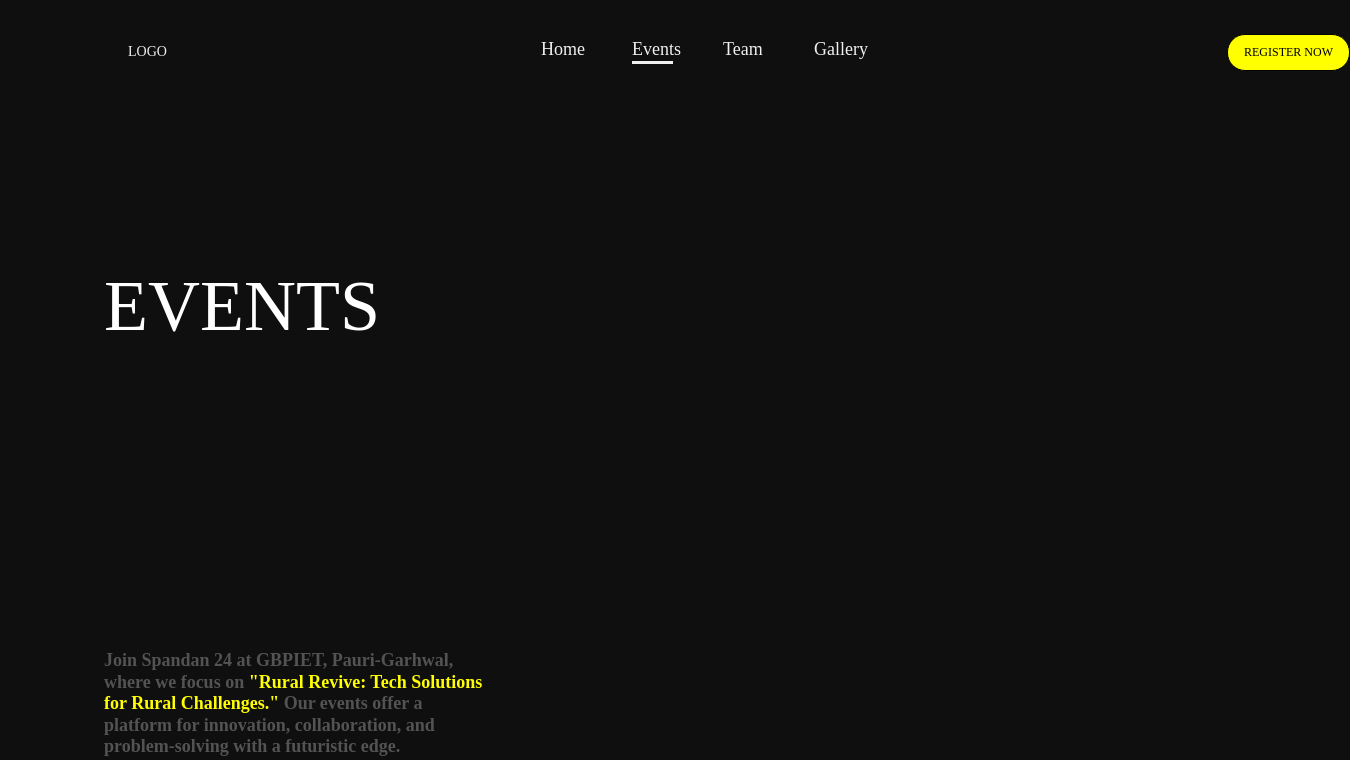
Repository: s4bbi/spandan-3.0
Page: /Events
The author's editor kept a copy of each file at every save. The page is drawn from the files as they stood at one save, then again after the next save.
The browser window is 1280 px wide. The page is 1350 px wide, so the pictures cover 1350 px, including what lies to the right of the window. The pictures show the whole page.
The project was rebuilt for these pictures with package versions that can differ from the ones it lists, and the page was loaded fresh each time. Also part of the build but not shown: vite.config.js, src/pages/Home/Home.jsx.

Above is the page before, as saved 2024-11-02 02:35:01.

After the next save:
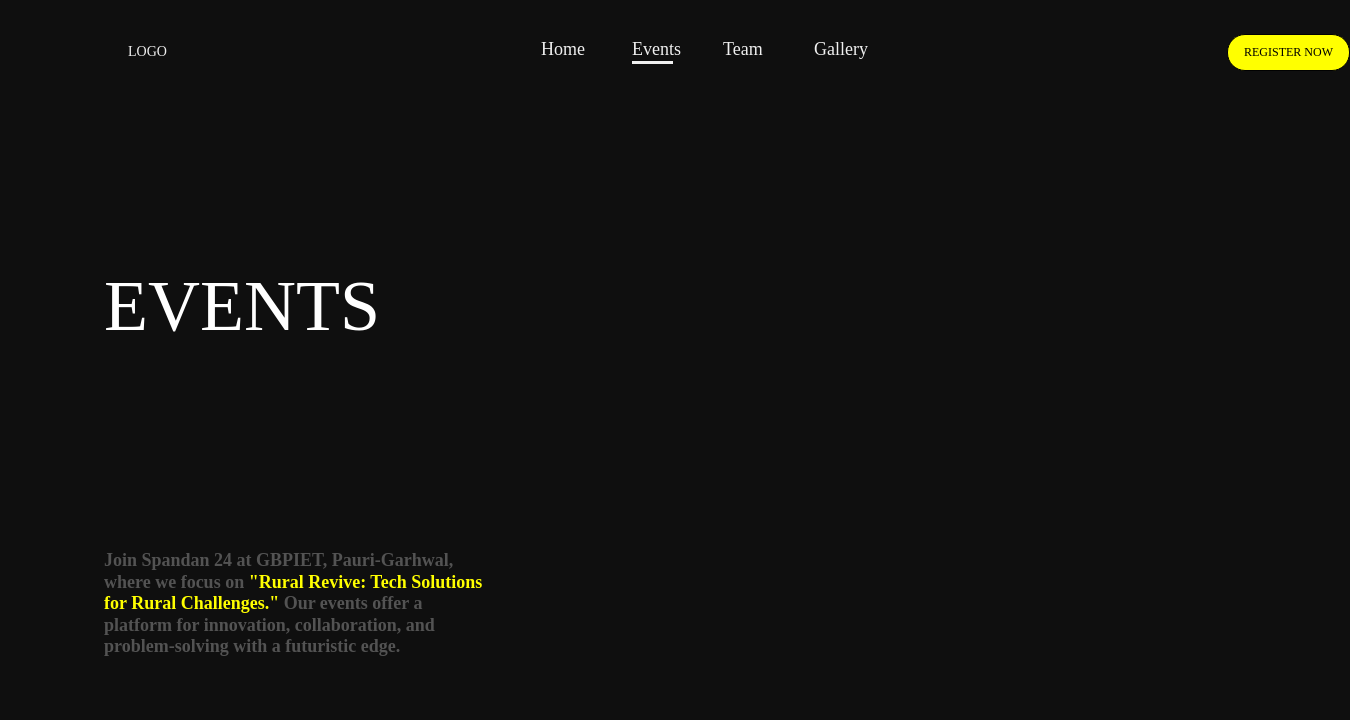
Saved 10 s later.
--- a/src/components/HeroSection/HeroSection.css
+++ b/src/components/HeroSection/HeroSection.css
@@ -26,7 +26,7 @@
   .hero-description {
     width: 385px;
     height: 110px;
-    padding-top: 300px;
+    padding-top: 200px;
     font-family: Exo 2;
     font-size: 18px;
     font-weight: 600;
